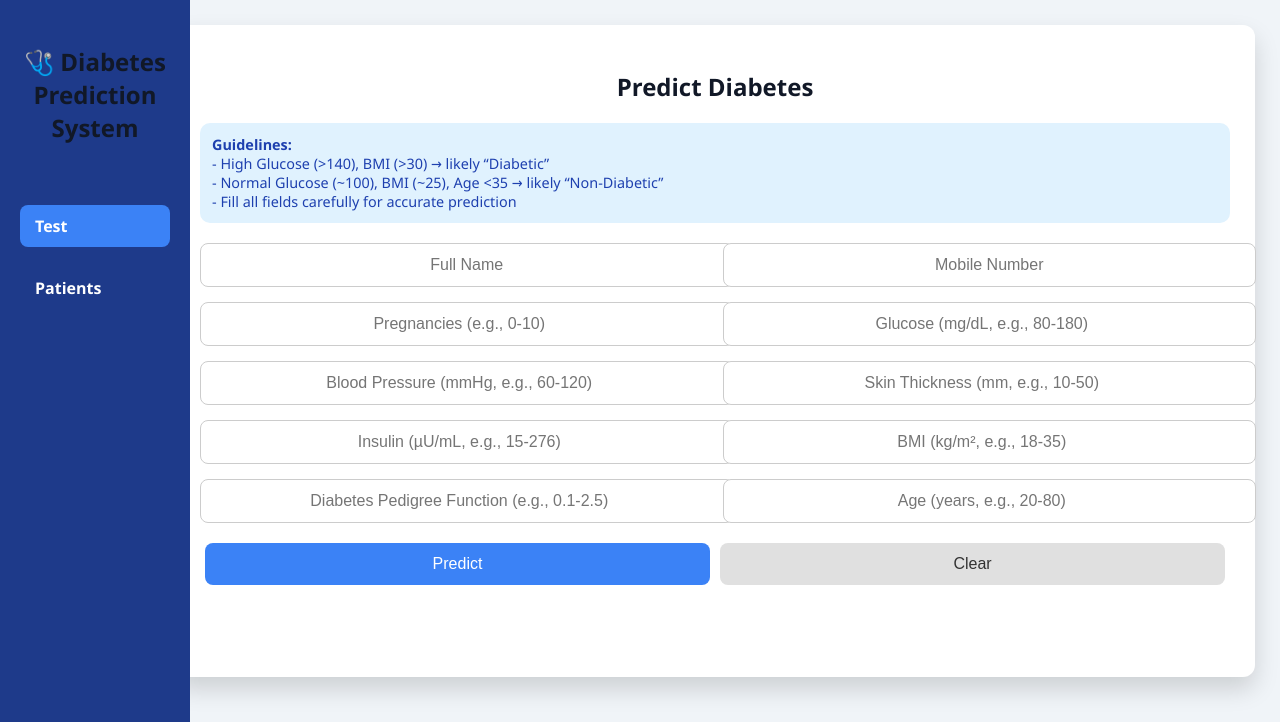
Repository: Aman14150/diabetes-prediction-system
Page: http://localhost/
The author's editor kept a copy of each file at every save. The page is drawn from the files as they stood at one save, then again after a run of saves.
The browser window is 1280 px wide. The pictures show the whole page.
The page is served by the project's application, run on Flask 3 (app.py).

Above is the page before, as saved 2025-10-07 20:13:48.

After the next 2 saves:
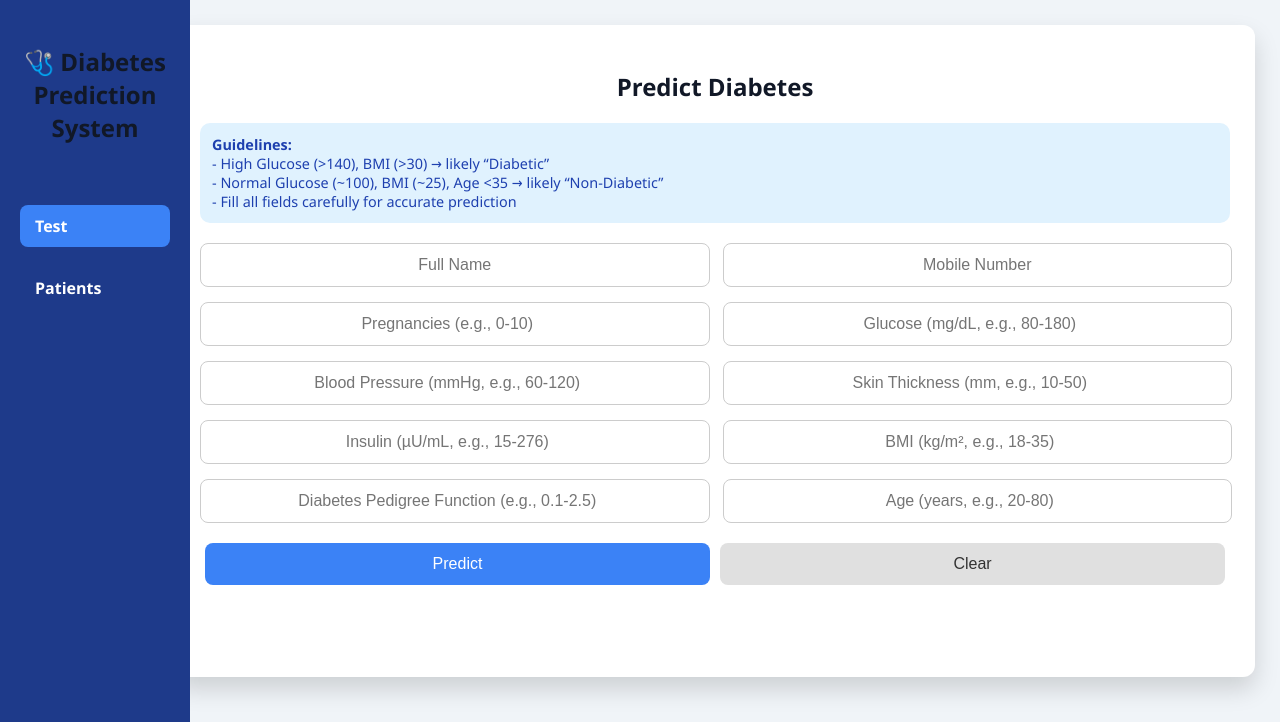
The 2 saves are shown as one change because they came seconds apart.
The last was saved 26 s later.
--- a/static/style.css
+++ b/static/style.css
@@ -93,7 +93,7 @@ form {
 
 input {
     width: 100%;
-    padding: 12px;
+    padding: 12px 0px;
     border-radius: 8px;
     border: 1px solid #ccc;
     font-size: 1rem;
